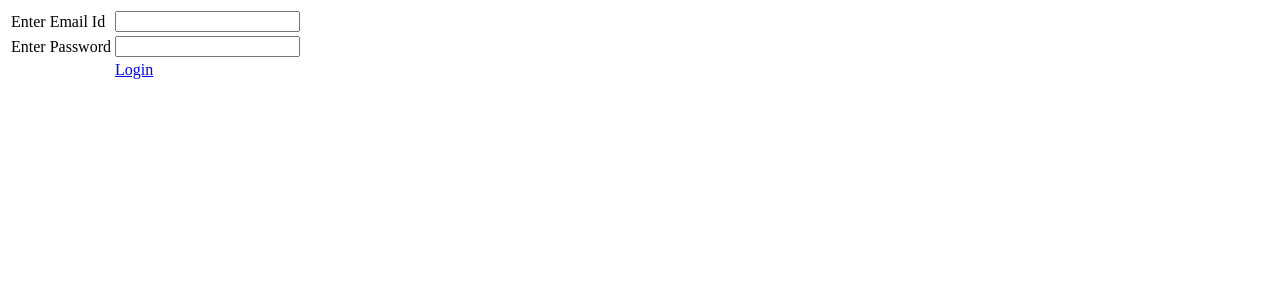
Repository: Ranjith-Kondra/FSD57_MODULE3
Page: AdvJava/WorkSpace2/EmpWebApp/WebContent/Login.html
An editor plug-in stored every save of this project. The page is shown before and after the next save, followed by the edit.
The browser window is 1280 px wide. The pictures show the whole page.

Above is the page before, as saved 2024-01-03 12:02:12.

### AdvJava/WorkSpace2/EmpWebApp/WebContent/Login.html
<!DOCTYPE html>
<html>
<head>
<meta charset="ISO-8859-1">
<title>Login Page</title>
</head>
<body>

<form action = "Loginservlet ">

<table>
    <tr>
       <td>Enter Email Id</td>
       <td><input type = "text" name = "emailId"/></td>
     </tr>
   <tr>
       <td>Enter Password</td>
       <td><input type = "text" name = "password"/></td>
     </tr>

     <tr>
        <td></td>
        <td><a href = "Loginservlet">Login</a></td>

         </tr>

</table>


</form>
</body>
</html>

After the next save:
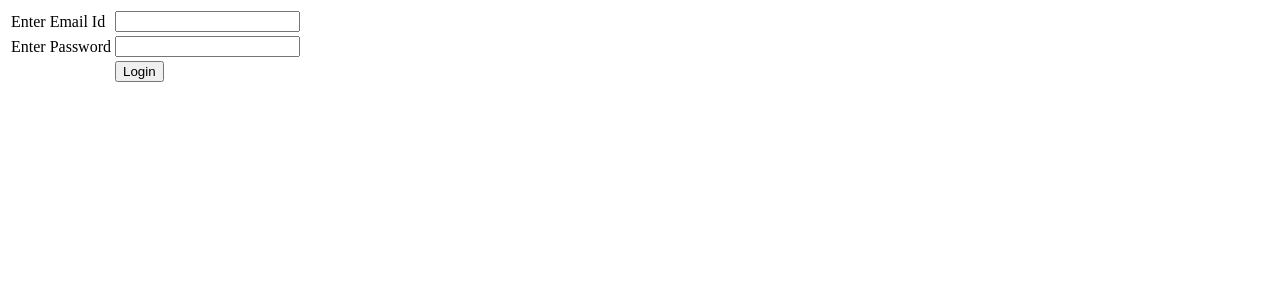
Saved 103 s later.
--- a/AdvJava/WorkSpace2/EmpWebApp/WebContent/Login.html
+++ b/AdvJava/WorkSpace2/EmpWebApp/WebContent/Login.html
@@ -20,7 +20,7 @@
 
      <tr>
         <td></td>
-        <td><a href = "Loginservlet">Login</a></td>
+        <td><button>Login</button></td>
 
          </tr>
 
